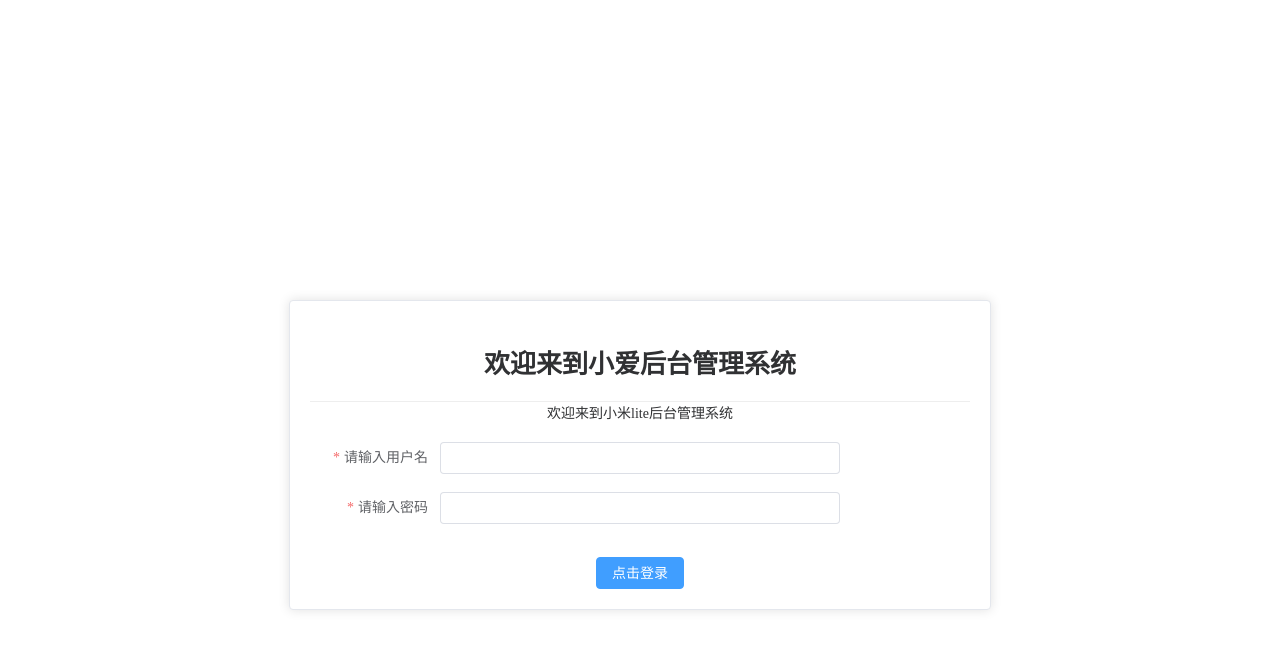
Repository: xinwuhao/CCG
Page: /login
These files come from the project's save history. The page is drawn as it stood at one moment and after a run of saves; the edit follows.
The browser window is 1280 px wide. The pictures show the whole page.
The project was rebuilt for these pictures with package versions that can differ from the ones it lists, and the page was loaded fresh each time. Also part of the build but not shown: vite.config.ts, src/components/navHeader/NavHeader.vue, src/components/navLeft/NavLeft.vue, src/views/layout/Layout.vue.

Above is the page before, as saved 2021-09-22 12:01:20.

### src/main.ts
import { createApp } from 'vue'
import App from "./App.vue";
import router from "./router"
import ElementPlus from 'element-plus'
import 'element-plus/dist/index.css'
import * as Icons from '@element-plus/icons'
import { toLine } from './utils/index'

const app = createApp(App)

for (let i in Icons) {
    app.component(`el-icon${toLine(i)}`, (Icons as any)[i])
}

app.use(router)
app.use(ElementPlus)
app.mount('#app')

### src/App.vue
<template>
  <div>
    <router-view></router-view>
  </div>
</template>

<script setup lang="ts">
</script>

<style lang='scss'>
@import "./scssbox.scss";
</style>

### src/router/index.ts
import { createRouter, createWebHistory, RouteRecordRaw } from 'vue-router'
// import Home from '../views/homepage/homepage.vue'
import Layout from '../views/layout/Layout.vue'

const routes: Array<RouteRecordRaw> = [
  {
    path: '/login',
    name: 'Logon',
    component: () => import('../views/login/Login.vue'),
    meta: {
      title: '登录'
    }
  },
  {
    path: '/',
    component: Layout,
    // 子路由: children
    children: [
      {
        path: '/',
        name: '/',
        component: () => import('../views/homepage/homepage.vue'),
        meta: {
          title: '首页',
          meta: '/homepage'
        }
      },
      {
        path: '/discount',
        name: 'discount',
        component: () => import('../views/discount/discount.vue'),
        meta: {
          title: '优惠券管理',
          meta: '/discount'
        }
      },
      {
        path: '/navigation',
        name: 'navigation',
        component: () => import('../views/navigation/navigation.vue'),
        meta: {
          title: '推荐导航',
          meta: '/navigation'
        }
      },
      {
        path: '/user',
        name: 'user',
        component: () => import('../views/user/user.vue'),
        meta: {
          title: '用户管理',
          meta: '/user'
        }
      },
      {
        path: '/addgoods',
        name: 'addgoods',
        component: () => import('../views/goods/addgoods.vue'),
        meta: {
          title: '添加商品',
          meta: '/addgoods'
        }
      },
      {
        path: '/sortgoods',
        name: 'sortgoods',
        component: () => import('../views/goods/sortgoods.vue'),
        meta: {
          title: '商品分类',
          meta: '/sortgoods'
        }
      },
      {
        path: '/modelgoods',
        name: 'modelgoods',
        component: () => import('../views/goods/modelgoods.vue'),
        meta: {
          title: '商品模型',
          meta: '/modelgoods'
        }
      },
      {
        path: '/specsgoods',
        name: 'specsgoods',
        component: () => import('../views/goods/specsgoods.vue'),
        meta: {
          title: '商品规格',
          meta: '/specsgoods'
        }
      },
      {
        path: '/parametergoods',
        name: 'parametergoods',
        component: () => import('../views/goods/parametergoods.vue'),
        meta: {
          title: '商品参数',
          meta: '/parametergoods'
        }
      },
      {
        path: '/specifications',
        name: 'specifications',
        component: () => import('../views/goods/specifications.vue'),
        meta: {
          title: '规格参数',
          meta: '/specifications'
        }
      },
      {
        path: '/seckill',
        name: 'seckill',
        component: () => import('../views/seckill/seckill.vue'),
        meta: {
          title: '秒杀管理',
          meta: '/seckill'
        }
      },
      {
        path: '/order',
        name: 'order',
        component: () => import('../views/order/order.vue'),
        meta: {
          title: '订单管理',
          meta: '/order'
        }
      },
      {
        path: '/notice',
        name: 'notice',
        component: () => import('../views/notice/notice.vue'),
        meta: {
          title: '通知管理',
          meta: '/notice'
        }
      },
      {
        path: '/news',
        name: 'news',
        component: () => import('../views/news/news.vue'),
        meta: {
          title: '客服消息',
          meta: '/news'
        }
      },
    ]
  }
]

const router = createRouter({
  history: createWebHistory(),
  routes
})

router.beforeEach((to, from, next) => {
  document.title = to.meta.title as string
  next()
})

export default router

### src/utils/index.ts
export const toLine = (str: string) => {
  return str.replace(/([A-Z])/g, "-$1").toLowerCase()
}

### src/scssbox.scss
* {
    margin: 0;
    padding: 0;
}

html,
body,
#app,
.el-container,
.el-menu {
    height: 100%;
}

### src/views/login/login.vue
<template>
  <div class="box">
    <el-card class="box-card">
      <div class="text item">
        <div class="fontTile">欢迎来到小爱后台管理系统</div>
        <div class="fonts">
          欢迎来到小米lite后台管理系统
        </div>
        <!-- 表单 -->
        <div class="urename">
          <el-form
            :model="user"
            :rules="rules"
            ref="ruleForm"
            label-width="130px"
            class="demo-ruleForm"
          >
            <el-form-item label="请输入用户名" prop="username">
              <el-input v-model="user.username" class="inpud"></el-input>
            </el-form-item>
            <el-form-item label="请输入密码" prop="password">
              <el-input v-model="user.password" class="inpud"></el-input>
            </el-form-item>
          </el-form>
        </div>
        <!-- 登录按钮 -->
        <div class="buttop">
          <el-button type="primary" @click="getlong">点击登录</el-button>
        </div>
      </div>
    </el-card>
  </div>
</template>

<script setup lang="ts">
import { defineComponent, ref } from "vue";
import api from "../../http/aip";
import { ElMessage } from "element-plus";
import { useRoute, useRouter } from "vue-router";
interface Obj {
  username: string;
  password: string;
}

// 定义变量
let user = ref<Obj>({
  username: "",
  password: "",
});
let router = useRouter();

let rules = ref<any>({
  username: [
    { required: true, message: "请输入用户名", trigger: "blur" },
    { min: 3, max: 5, message: "长度在 3 到 5 个字符", trigger: "blur" },
  ],
  password: [
    { required: true, message: "请输入密码", trigger: "blur" },
    { min: 3, max: 8, message: "长度在 3 到 8 个字符", trigger: "blur" },
  ],
});
// 点击确定
let getlong = () => {
  api
    .login({
      // 用户名
      username: user.value.username,
      // 密码
      password: user.value.password,
    })
    .then((res: any) => {
      if (res.code === 200) {
        localStorage.setItem("token", res.token);
        localStorage.setItem("uname", JSON.stringify(res.data));
        router.push("/");
        ElMessage.success({
          message: res.msg,
          type: "success",
        });
      } else {
        ElMessage.error(res.msg);
      }
    })
    .catch((err: any) => {
      console.log(err);
    });
};
</script>

<style scoped>
.box {
  display: flex;
  justify-content: center;
  align-content: center;
}
.text {
  font-size: 14px;
}

.box-card {
  width: 700px;
  margin-top: 300px;
}
.fontTile {
  height: 80px;
  font-size: 26px;
  font-weight: bold;
  display: flex;
  align-items: center;
  justify-content: center;
  border-bottom: 1px #eeeeee solid;
}
.inpud {
  width: 400px;
}
.buttop {
  margin-top: 15px;
  display: flex;
  align-items: center;
  justify-content: center;
}
.fonts {
  font-size: 14px;
  display: flex;
  align-items: center;
  justify-content: center;
}
.urename {
  display: flex;
  flex-direction: column;
  margin-top: 20px;
}
</style>

### src/http/aip.ts
import http from "./"

export default {
  // 上传图片
  upload() {
    return http.post('/admin/upload')
  },
  // 获取首页数据
  getIndex() {
    return http.get('/admin/index')
  },
  // 用户名登录
  login({ username, password }: { username: string, password: string }) {
    return http.post('/admin/login', {
      // 用户名
      username,
      // 密码
      password,
    })
  },
  // 获取用户
  getUser({ current, pageSize, query }: { current: number, pageSize: number, query: string }) {
    return http.get(`/admin/allUser?current=${current}&pageSize=${pageSize}&query=${query}`)
  },
  // 添加用户
  addUser({ username, avatar, email, mobile, password, status }: { username: string, password: string, avatar: string, email: string, mobile: string, status: boolean }) {
    return http.post('/admin/addUser', {
      // 用户名
      username,
      // 用户头像
      avatar,
      // 用户邮箱
      email,
      // 用户电话
      mobile,
      // 是否禁用
      status,
      // 用户密码
      password
    })
  },
  // 删除用户
  delUser(id: string) {
    return http.post('/admin/delUser', {
      // 用户id
      id
    })
  },
  // 显示轮播图
  showUser({ id, status }: { id: string, status: boolean }) {
    return http.post('/admin/showUser', {
      // 轮播图id
      id,
      // 是否禁用
      status
    })
  },
  // 修改轮播图
  updateUser({ id, username, avatar, email, mobile, status }: { id: string, username: string, avatar: string, email: string, mobile: string, status: boolean }) {
    return http.post('/admin/updateUser', {
      id,
      username,
      avatar,
      email,
      mobile,
      status
    })
  },

  // 获取轮播图
  getBanner({ current, pageSize, query }: { current: number, pageSize: number, query: string }) {
    return http.get(`/admin/getBanner?current=${current}&pageSize=${pageSize}&query=${query}`)
  },
  // 新增轮播图
  addBanner({ url, title, link }: { url: string, title: string, link: string }) {
    return http.post('/admin/addBanner', {
      url,
      title,
      link
    })
  },
  // 删除轮播图
  delBanner(id: string) {
    return http.post('/admin/delBanner', {
      id
    })
  },
  // 显示轮播图
  showBanner({ id, isShow }: { id: string, isShow: boolean }) {
    return http.post('/admin/showBanner', {
      id,
      isShow
    })
  },
  // 修改轮播图
  updateBanner({ id, url, title, link }: { id: string, url: string, title: string, link: string }) {
    return http.post('/admin/updateBanner', {
      id,
      url,
      title,
      link
    })
  },
  // 获取通知
  getNotice({ current, pageSize, query }: { current: number, pageSize: number, query: string }) {
    return http.get(`/admin/getNotice?current=${current}&pageSize=${pageSize}&query=${query}`)
  },
  // 新增通知
  addNotice({ content }: { content: string}) {
    return http.post('/admin/addNotice', {
      content
    })
  },
  // 删除通知
  delNotice(id: string) {
    return http.post('/admin/delNotice', {
      id
    })
  },
  // 显示通知
  showNotice({ id, isShow }: { id: string, isShow: boolean }) {
    return http.post('/admin/showNotice', {
      id,
      isShow
    })
  },
  // 修改通知
  updateNotice({ id, content }: { id: string, content: string, }) {
    return http.post('/admin/updateNotice', {
      id,
      content
    })
  },
  // 获取订单
  getOrder() {
    return http.get(`/admin/getOrder`)
  },

  // 获取导航
  getNav({ current, pageSize, query }: { current: number, pageSize: number, query: string }) {
    return http.get(`/admin/getNav?current=${current}&pageSize=${pageSize}&query=${query}`)
  },
  // 新增导航
  addNav({ title, url }: { title: string, url: string }) {
    return http.post('/admin/addNav', {
      title,
      url
    })
  },
  // 删除导航
  delNav(id: string) {
    return http.post('/admin/delNav', {
      id
    })
  },
  // 显示导航
  showNav({ id, isShow }: { id: string, isShow: boolean }) {
    return http.post('/admin/showNav', {
      id,
      isShow
    })
  },
  // 修改导航
  updateNav({ id, url, title }: { id: string, url: string, title: string }) {
    return http.post('/admin/updateNav', {
      id,
      url,
      title
    })
  },


  // 获取导航
  getRecommendNav({ current, pageSize, query }: { current: number, pageSize: number, query: string }) {
    return http.get(`/admin/getIndexNav?current=${current}&pageSize=${pageSize}&query=${query}`)
  },
  // 新增导航
  addRecommendNav({ name, desc, goods }: { name: string, desc: string, goods: any }) {
    return http.post('/admin/addIndexNav', {
      name,
      desc,
      goods
    })
  },
  // 删除导航
  delRecommendNav(id: string) {
    return http.post('/admin/delIndexNav', {
      id
    })
  },
  // 显示导航
  showRecommendNav({ id, isShow }: { id: string, isShow: boolean }) {
    return http.post('/admin/showIndexNav', {
      id,
      isShow
    })
  },
  // 修改导航
  updateRecommendNav({ id, name, desc, goods }: { id: string, name: string, desc: string, goods: any }) {
    return http.post('/admin/updateIndexNav', {
      id,
      name,
      desc,
      goods
    })
  },

  // 添加商品模型
  addModel({ name }: { name: string }) {
    return http.post('/admin/addModel', {
      name
    })
  },
  getModel({ current, pageSize, query }: { current: number, pageSize: number, query: string }) {
    return http.get(`/admin/getModel?current=${current}&pageSize=${pageSize}&query=${query}`)
  },
  delModel(id: string) {
    return http.post('/admin/delModel', {
      id
    })
  },
  // 修改商品参数
  updateModel({ id, name }: { id: string, name: string }) {
    return http.post('/admin/updateModel', {
      id,
      name
    })
  },
  // 获取商品规格
  getSpec({ parentId }: { parentId: string }) {
    return http.post(`/admin/getSpec`, {
      parentId
    })
  },
  addSpec({ name, model, spec_item, mode, parentId }: { name: string, model: string, spec_item: string[], mode: string, parentId: string }) {
    return http.post('/admin/addSpec', {
      name,
      model,
      spec_item,
      mode,
      parentId
    })
  },
  delSpec({ parentId, attrId }: { parentId: string, attrId: string }) {
    return http.post(`/admin/delSpec`, {
      parentId,
      attrId
    })
  },
  getCategory(query: string) {
    return http.get(`/admin/getCategory?current=1&pageSize=10000&query=${query}`)
  },
  // 添加一级分类
  addCategory({ name, short_name, isShow }: { name: string, short_name?: string, isShow?: boolean }) {
    return http.post('/admin/addCategory', {
      name,
      short_name,
      isShow,
    })
  },
  // 添加二级分类
  addSecondCategory({ name, parentId, isShow }: { name: string, parentId: string, isShow: string }) {
    return http.post('/admin/addSecondCategory', {
      name,
      parentId,
      isShow
    })
  },
  // 获取商品
  getGoods({ current, pageSize, query }: { current: number, pageSize: number, query: string }) {
    return http.get(`/admin/getGoods?current=${current}&pageSize=${pageSize}&query=${query}`)
  },
  delGoods(id: string) {
    return http.post('/admin/delGoods', {
      id
    })
  },
  // 添加商品
  addGoods({ name, category, pic, video, cover, originalPrice, presentPrice, discount, detail, spec, introduction, company, stock, isNewGood, isHot, isRecommend, comment, isShow, sellDesc, productionDesc }:
    { name: string, category: string, pic?: string[], video?: string[], cover: string, originalPrice: string, presentPrice: string, discount: string[], detail: string, spec: string[], introduction: string, company: string, stock: string, isNewGood: boolean, isHot: boolean, isRecommend: boolean, comment: string[], isShow: boolean, sellDesc: string[], productionDesc: string[] }) {
    return http.post('/admin/addGoods', {
      // 商品名称
      name,
      // 商品分类
      category,
      // 商品图片
      pic,
      // 商品视频
      video,
      // 是否新品
      isHot,
      // 是否推荐
      isRecommend,
      // 封面图
      cover,
      // 原价
      originalPrice,
      // 现价
      presentPrice,
      // 优惠
      discount,
      // 商品详情
      detail,
      // 商品规格
      spec,
      // 商品简介
      introduction,
      // 商品单位
      company,
      // 商品库存
      stock,
      // 是否新品
      isNewGood,
      // 商品评价
      comment,
      // 是否显示
      isShow,
      // 推荐介绍
      sellDesc,
      // 产品介绍
      productionDesc
    })
  },
  // 获取
  getParams({ parentId }: { parentId: string }) {
    return http.post(`/admin/getParams`, {
      parentId
    })
  },
  // 新增商品参数
  addParams({ parentId, url, name, desc }: { parentId: string, url: string, name: string, desc: string }) {
    return http.post('/admin/addParams', {
      parentId,
      url,
      name,
      desc
    })
  },
  // 删除商品参数
  delParams({ parentId, attrId }: { parentId: string, attrId: string }) {
    return http.post('/admin/delParams', {
      parentId,
      attrId,
    })
  },
  // 修改商品参数
  updateParams({ id, url, name, desc }: { id: string, url: string, name: string, desc: string }) {
    return http.post('/admin/updateParams', {
      id,
      url,
      name,
      desc
    })
  },
  // 获取
  getSpecParams({ parentId }: { parentId: string }) {
    return http.post(`/admin/getSpecParams`, {
      parentId
    })
  },
  // 新增商品参数
  addSpecParams({ parentId, specParams }: { parentId: string, specParams: string, }) {
    return http.post('/admin/addSpecParams', {
      parentId,
      specParams
    })
  },
  // 删除商品参数
  delSpecParams({ parentId, attrId }: { parentId: string, attrId: string }) {
    return http.post('/admin/delSpecParams', {
      parentId,
      attrId,
    })
  },
  // 修改商品参数
  updateSpecParams({ id, specParams }: { id: string, specParams: string }) {
    return http.post('/admin/updateSpecParams', {
      id,
      specParams
    })
  },

  // 获取秒杀
  getSeckill({ current, pageSize, query }: { current: number, pageSize: number, query: string }) {
    return http.get(`/admin/getSeckill?current=${current}&pageSize=${pageSize}&query=${query}`)
  },
  // 添加秒杀
  addSeckill({ start_time, end_time, goods_number, price, goods, isShow }: { price: string, start_time: string, end_time: string, goods_number: string, goods: any, isShow: boolean }) {
    return http.post('/admin/addSeckill', {
      start_time,
      end_time,
      goods_number,
      goods,
      isShow,
      price
    })
  },
  // 删除秒杀
  delSeckill({id, goodsId}: {id: string,  goodsId: string}) {
    return http.post('/admin/delSeckill', {
      id,
      goodsId,
    })
  },
  // 显示秒杀
  showSeckill({ id, isShow }: { id: string, isShow: boolean }) {
    return http.post('/admin/showSeckill', {
      id,
      isShow
    })
  },
  // 修改秒杀
  updateSeckill({ start_time, end_time, goods_number, goods, isShow }: { start_time: string, end_time: string, goods_number: string, goods: string, isShow: boolean }) {
    return http.post('/admin/updateSeckill', {
      // 开始时间
      start_time,
      // 结束时间
      end_time,
      // 秒杀数量
      goods_number,
      // 秒杀商品
      goods,
      // 是否显示
      isShow
    })
  },
  // 获取优惠券
  getCoupon({ current, pageSize, query }: { current: number, pageSize: number, query: string }) {
    return http.get(`/admin/getCoupon?current=${current}&pageSize=${pageSize}&query=${query}`)
  },
  addCoupon({ name, amount, threshold, start_time, end_time, number, isShow }: { name: string, amount: string, threshold: string, start_time: string, end_time: string, number: string, isShow: boolean }) {
    return http.post('/admin/addCoupon', {
      // 优惠券名称
      name,
      // 优惠券数量
      amount,
      // 优惠内容
      threshold,
      // 开始时间
      start_time,
      // 结束时间
      end_time,
      // 优惠券数量
      number,
      // 是否显示
      isShow
    })
  },
  delCoupon(id: string) {
    return http.post('/admin/delCoupon', {
      id
    })
  },
  showCoupon({ id, isShow }: { id: string, isShow: boolean }) {
    return http.post('/admin/showCoupon', {
      id,
      isShow
    })
  },
  updateCoupon({ start_time, end_time, goods_number, goods, isShow }: { start_time: string, end_time: string, goods_number: string, goods: string, isShow: boolean }) {
    return http.post('/admin/updateCoupon', {
      start_time,
      end_time,
      goods_number,
      goods,
      isShow
    })
  },
}

### src/http/index.ts
import axios, { AxiosError, AxiosRequestConfig, AxiosResponse } from 'axios'


const http = axios.create({
   baseURL: 'http://localhost:1001',
   timeout: 10000
})


http.interceptors.request.use((config: AxiosRequestConfig) => {
   let token = localStorage.getItem('token')
   if (token) {
      config.headers['Authorization'] = token
   }
   return config
}, (err: AxiosError) => {
   return Promise.reject(err)
})


http.interceptors.response.use((res: any) => {
   return res.data
}, (err: AxiosError) => {
   let status: number = err.response! && err.response!.status
   if (status === 401) {

   }
   if (status === 400) {

   }
   if (status === 403) {

   }
   if (status === 404) {

   }
   if (status === 500) {

   }
   if (status === 503) {

   }
   return Promise.reject(err)
})


export default http

Loaded but not shown: index.html (common file)

After the next 3 saves:
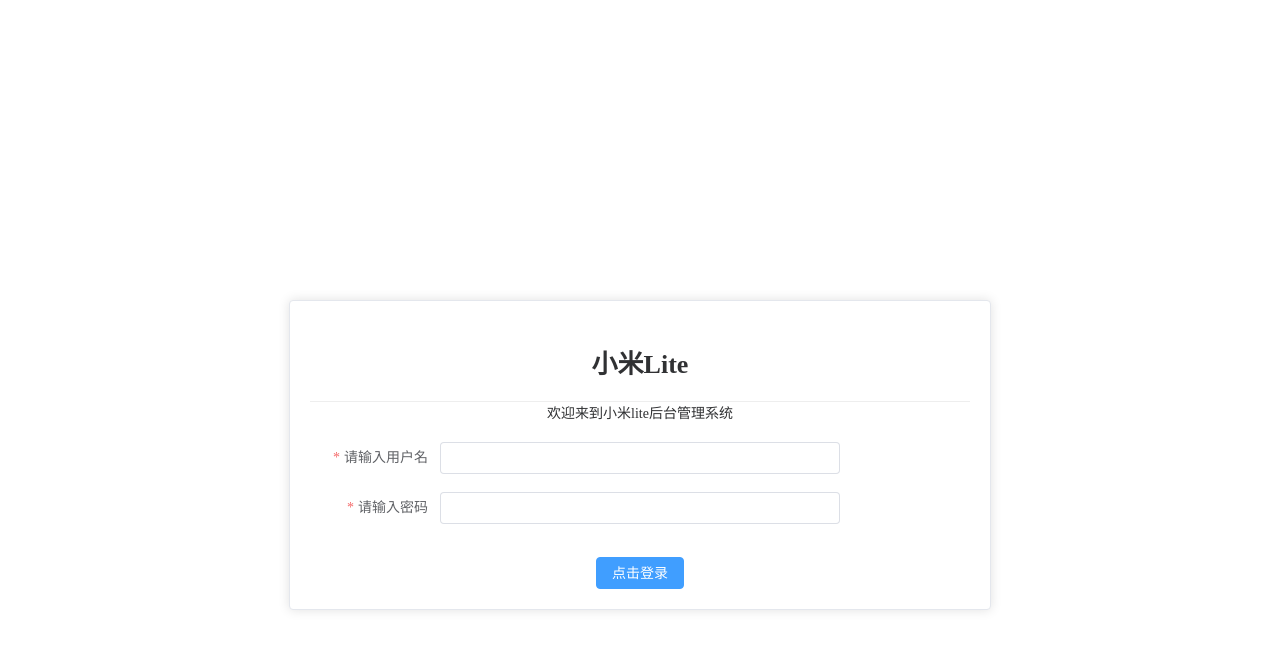
The 3 saves are shown as one change because they came seconds apart.
The last was saved 8 s later.
--- a/src/views/login/login.vue
+++ b/src/views/login/login.vue
@@ -2,10 +2,8 @@
   <div class="box">
     <el-card class="box-card">
       <div class="text item">
-        <div class="fontTile">欢迎来到小爱后台管理系统</div>
-        <div class="fonts">
-          欢迎来到小米lite后台管理系统
-        </div>
+        <div class="fontTile">小米Lite</div>
+        <div class="fonts">欢迎来到小米lite后台管理系统</div>
         <!-- 表单 -->
         <div class="urename">
           <el-form
